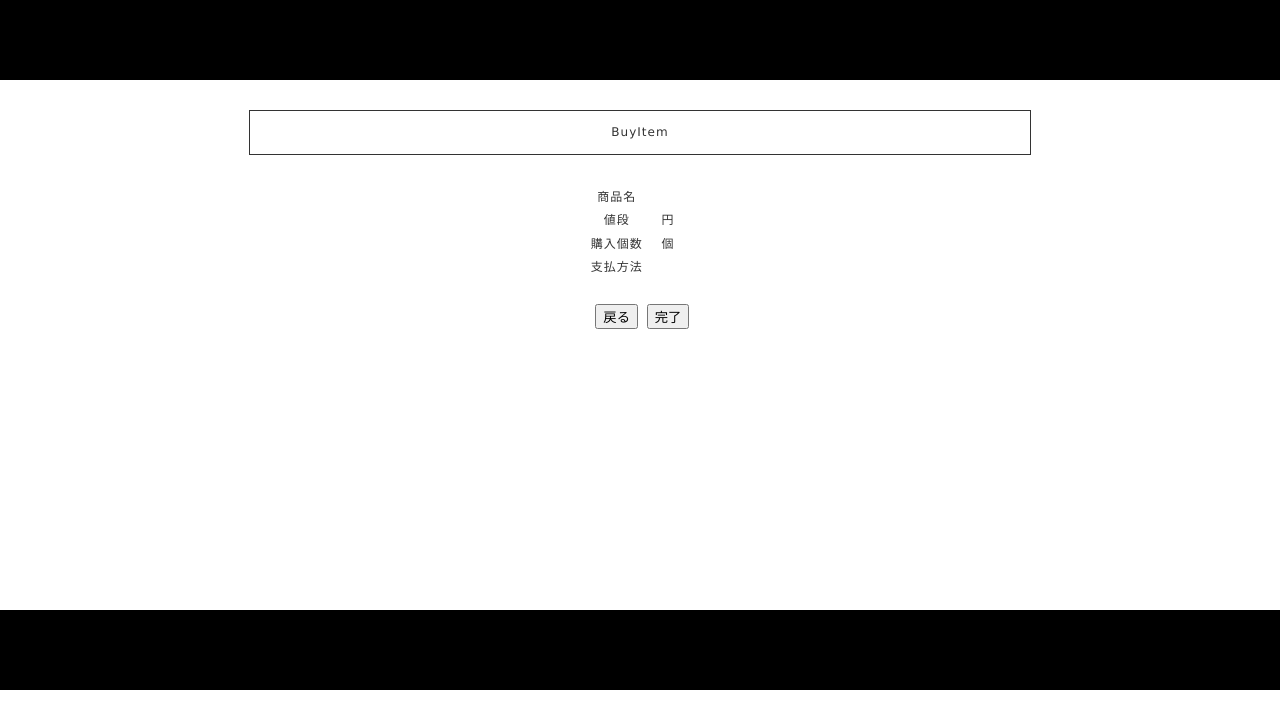
Repository: fujita0830/learning
Page: http://localhost/ecsite/buyItemConfirm.jsp
The author's editor kept a copy of each file at every save. The page is drawn from the files as they stood at one save, then again after the next save.
The browser window is 1280 px wide. The pictures show the whole page.
Some web libraries are served in a nearby version. The page is served by Tomcat 9. Other server files are loaded and not shown.

Above is the page before, as saved 2019-01-16 07:57:38.

### ecsite/WebContent/buyItemConfirm.jsp
<%@ page language="java" contentType="text/html; charset=UTF-8"
    pageEncoding="UTF-8"%>
<%@ taglib prefix="s" uri="/struts-tags" %>
<!DOCTYPE html PUBLIC "-//W3C//DTD HTML 4.01 Transitional//EN" "http://www.w3.org/TR/html4/loose.dtd">
<html>
<head>

<meta http-equiv="Content-Type" content="text/html; charset=UTF-8"/>
<meta http-equiv="Content-Style-Type" content="text/css"/>
<meta http-equiv="Content-Script-Type" content="text/javascript"/>
<meta http-equiv="imagetoolbar" content="no"/>
<meta name="description" content=""/>
<meta name="keywords" content=""/>
<script src="http://ajax.googleapis.com/ajax/libs/jquery/1.9.1/jquery.min.js"></script>

<title>BuyItemConfirm画面</title>

<style type="text/css">

/*========TAG LAYOUT========*/
	body{
      margin:0;
      padding: 0;
      line-height: 1.6;
      letter-spacing: 1px;
      font-family: Verdana, Helvetica, sans-serif;
      font-size: 12px;
      color:#333;
      background: #fff;
	}

    table{
      text-align: center;
      margin: 0 auto;
	}

/*========ID LAYOUT========*/

	#top{
    width: 780px;
    margin: 30px auto;
    border: 1px solid #333;
    }

    #header{
    width: 100%;
    height: 80px;
    background-color: black;
    }

    #main{
    width: 100%;
    height: 500px;
    text-align: center;
    }

    #footer{
    width: 100%;
    height: 80px;
    background-color: black;
    clear: both;
    }


</style>

<script type="text/javascript">
		function submitAction(url){
			$('form').attr('action',url);
			$('form').sumit();
		}


</script>

</head>
<body>

		<div id="header">
			<div id="pr">
			</div>
		</div>

		<div id="main">
			<div id="top">
					<p>BuyItem</p>
			</div>
			<div>
					<s:form>
					<table>
						<tr>
							<td>商品名</td>
							<td>
								<s:property value="session.buyItem_name"/>
							</td>
						</tr>
						<tr>
							<td>値段</td>
							<td>
								<s:property value="session.total_price"/>
									<span>円</span>
							</td>
						</tr>

						<tr>
							<td>購入個数</td>
							<td>
								<s:property value="session.count"/>
									<span>個</span>
							</td>
						</tr>

						<tr>
							<td>支払方法</td>
							<td>
								<s:property value="session.pay"/>
							</td>
						</tr>
						<tr>
								<td><br></td>
						</tr>

						<tr>
							<td>
							<input type="button" value="戻る"
							onclick="submitAction('HomeAction')"/>
							</td>

							<td>
							<Input type="button" value="完了"
							onclick="submitAction('BuyItemConfirmAction')"/>
							</td>
						</tr>
					</table>
					</s:form>

			</div>
		</div>
		<div id="footer">
				<div id="pr">
				</div>
		</div>



</body>
</html>

After the next save:
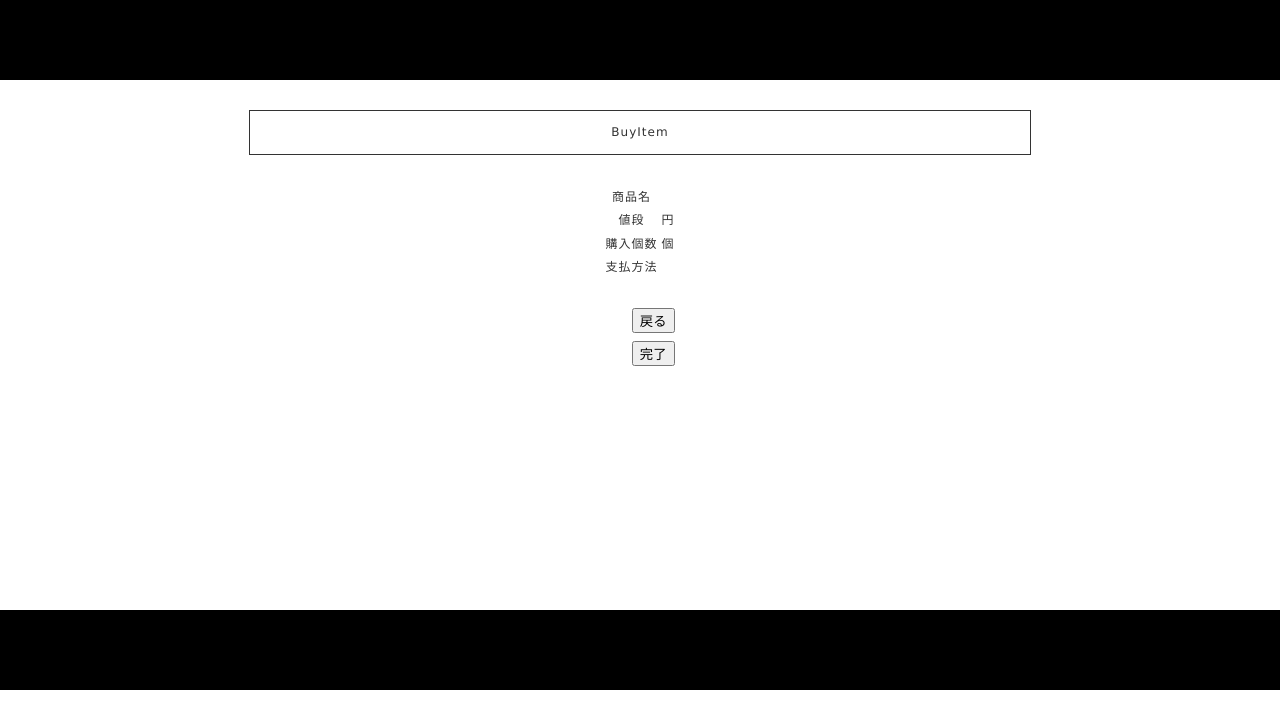
Saved 13 min 3 s later.
--- a/ecsite/WebContent/buyItemConfirm.jsp
+++ b/ecsite/WebContent/buyItemConfirm.jsp
@@ -122,13 +122,16 @@
 
 						<tr>
 							<td>
-							<input type="button" value="戻る"
+
+							<s:submit action="HomeAction" value="戻る"/>
+							<!-- <input type="button" value="戻る"
 							onclick="submitAction('HomeAction')"/>
-							</td>
+							</td> -->
+							<td>
 
-							<td>
-							<Input type="button" value="完了"
-							onclick="submitAction('BuyItemConfirmAction')"/>
+							<s:submit action="BuyItemConfirmAction" value="完了"/>
+							<!-- <Input type="button" value="完了"
+							onclick="submitAction('BuyItemConfirmAction')"/> -->
 							</td>
 						</tr>
 					</table>
